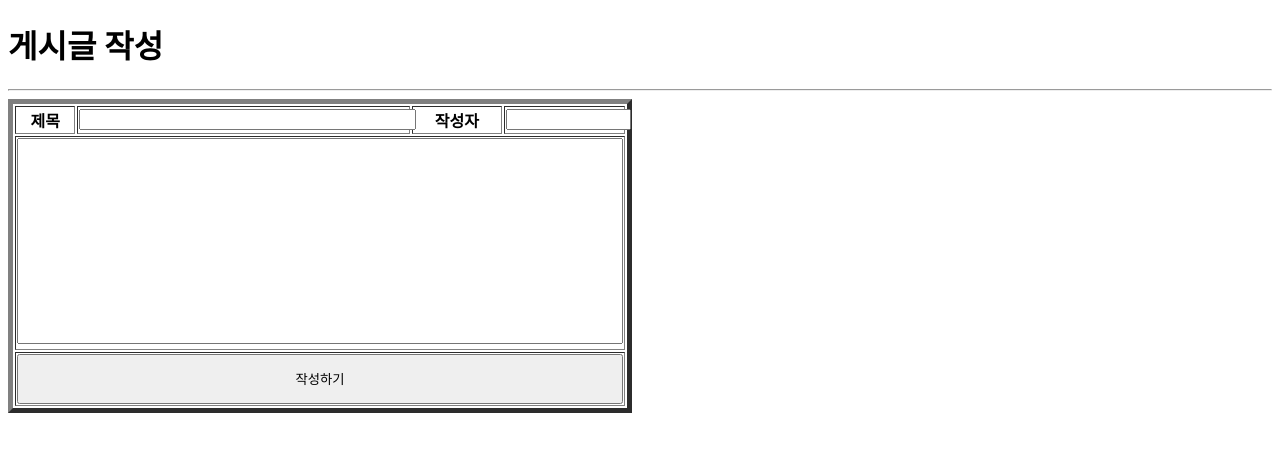
Repository: bbookk1104/spring-workspace
Page: http://localhost/02_SpringMVC_CRUD/boardWriteFrm.do
These files come from the project's save history. The page is drawn as it stood at one moment and after the next save; the edit follows.
The browser window is 1280 px wide. The pictures show the whole page.
The page is served by Tomcat 9. Other server files are loaded and not shown.

Above is the page before, as saved 2022-10-04 05:32:26.

### 02_SpringMVC_CRUD/src/main/webapp/WEB-INF/views/board/boardWriteFrm.jsp
<%@ page language="java" contentType="text/html; charset=UTF-8"
    pageEncoding="UTF-8"%>
<!DOCTYPE html>
<html>
<head>
<meta charset="UTF-8">
<title>Insert title here</title>
</head>
<body>
	<h1>게시글 작성</h1>
	<hr>
	<form action="/boardWrite.do" method="post">
		<table style="width:600px" border=5>
			<tr>
				<th style="width:10%">제목</th>
				<td style="width:55%">
					<input type="text" name="boardTitle" style="width:100%">
				</td>
				<th style="width:15%">작성자</th>
				<td style="width:20%">
					<input type="text" name="boardWriter" value="${memberId }" style="width:100%" readonly>
				</td>
			</tr>
			<tr>
				<td colspan="4">
					<textarea name="boardContent" style="width:600px; resize:none; height:200px"></textarea>
				</td>
			</tr>
			<tr>
				<td colspan="4">
					<input type="submit" value="작성하기" style="width:100%; height:50px">
				</td>
			</tr>
		</table>
	</form>
</body>
</html>

After the next save:
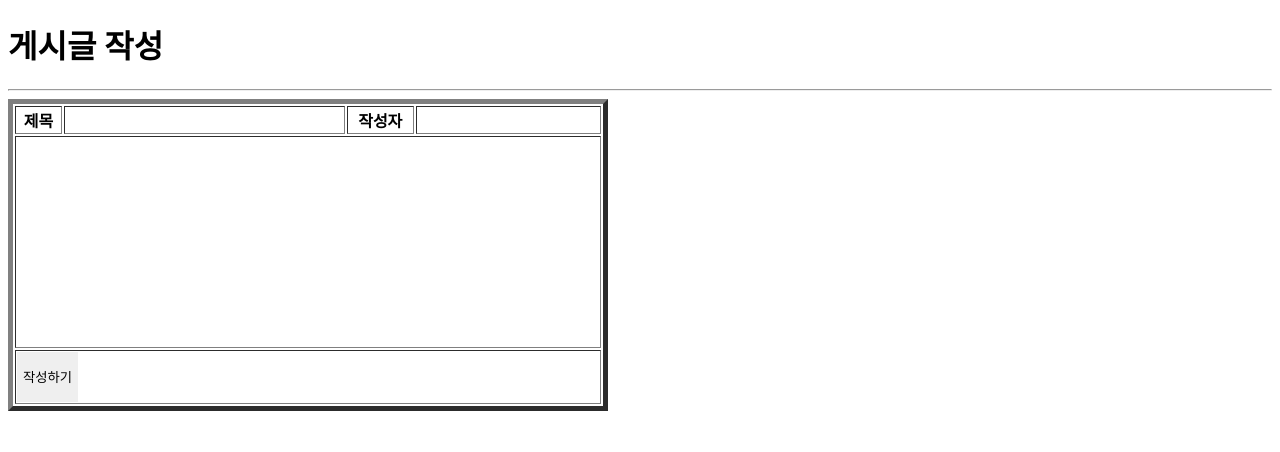
Saved 59 s later.
--- a/02_SpringMVC_CRUD/src/main/webapp/WEB-INF/views/board/boardWriteFrm.jsp
+++ b/02_SpringMVC_CRUD/src/main/webapp/WEB-INF/views/board/boardWriteFrm.jsp
@@ -14,21 +14,21 @@
 			<tr>
 				<th style="width:10%">제목</th>
 				<td style="width:55%">
-					<input type="text" name="boardTitle" style="width:100%">
+					<input type="text" name="boardTitle" style="border:0">
 				</td>
 				<th style="width:15%">작성자</th>
 				<td style="width:20%">
-					<input type="text" name="boardWriter" value="${memberId }" style="width:100%" readonly>
+					<input type="text" name="boardWriter" value="${memberId }" style="border:0" readonly>
 				</td>
 			</tr>
 			<tr>
 				<td colspan="4">
-					<textarea name="boardContent" style="width:600px; resize:none; height:200px"></textarea>
+					<textarea name="boardContent" style="border:0; resize:none; height:200px"></textarea>
 				</td>
 			</tr>
 			<tr>
 				<td colspan="4">
-					<input type="submit" value="작성하기" style="width:100%; height:50px">
+					<input type="submit" value="작성하기" style="border:0; height:50px">
 				</td>
 			</tr>
 		</table>
